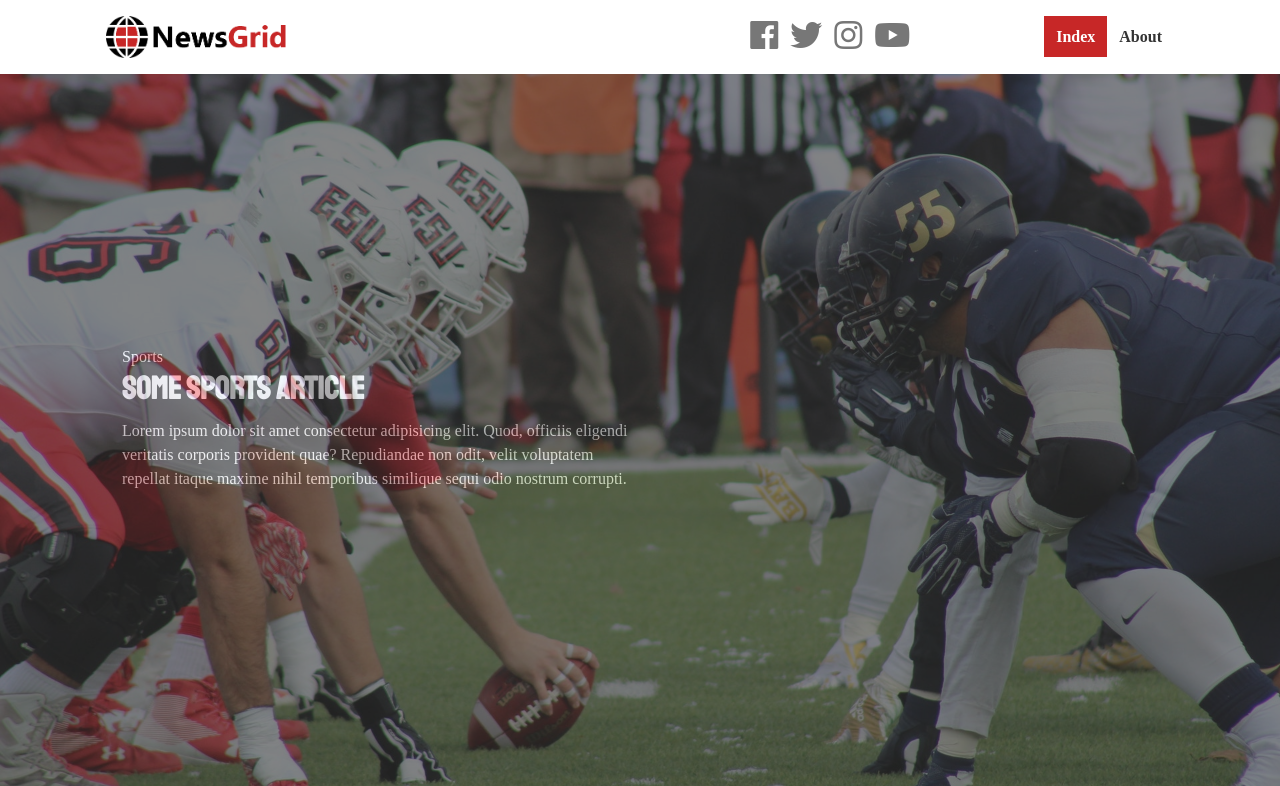
Repository: minhtien9/newsgrid
Page: index.html
These files come from the project's save history. The page is drawn as it stood at one moment and after the next save; the edit follows.
The browser window is 1280 px wide. The pictures show the whole page.
Some web libraries are served in a nearby version.

Above is the page before, as saved 2021-08-24 22:43:06.

### index.html
<!DOCTYPE html>
<html lang="en">

<head>
    <meta charset="UTF-8" />
    <meta name="viewport" content="width=device-width, initial-scale=1.0" />
    <meta http-equiv="X-UA-Compatible" content="ie=edge" />
    <link rel="stylesheet" href="https://use.fontawesome.com/releases/v5.6.3/css/all.css" integrity="sha384-UHRtZLI+pbxtHCWp1t77Bi1L4ZtiqrqD80Kn4Z8NTSRyMA2Fd33n5dQ8lWUE00s/" crossorigin="anonymous" />
    <link href="https://fonts.googleapis.com/css2?family=Lato&family=Staatliches&display=swap" rel="stylesheet" />
    <link rel="stylesheet" href="css/style.css" />
    <link rel="stylesheet" media="screen and (max-width: 768px)" href="css/mobile.css" />
    <link rel="shortcut icon" type="image/x-icon" href="favicon.ico" />
    <title>NewsGrid | Latest News</title>
</head>

<body>
    <nav id="main-nav">
        <div class="container">
            <img src="img/logo.png" alt="NewsGrid" class="logo" />
            <div class="social">
                <a href="http://facebook.com" target="_blank"><i class="fab fa-facebook fa-2x"></i
          ></a>
                <a href="http://twitter.com" target="_blank"><i class="fab fa-twitter fa-2x"></i
          ></a>
                <a href="http://instagram.com" target="_blank"><i class="fab fa-instagram fa-2x"></i
          ></a>
                <a href="http://youtube.com" target="_blank"><i class="fab fa-youtube fa-2x"></i
          ></a>
            </div>
            <ul>
                <li><a class="current" href="index.html">Index</a></li>
                <li><a href="about.html">About</a></li>
            </ul>
        </div>
    </nav>

    <!-- Showcase -->
    <header id="showcase">
        <div class="container">
            <div class="showcase-container">
                <div class="showcase-content">
                    <div class="categogy catogory-sports">Sports</div>
                    <h1>Some Sports Article</h1>
                    <p>
                        Lorem ipsum dolor sit amet consectetur adipisicing elit. Quod, officiis eligendi veritatis corporis provident quae? Repudiandae non odit, velit voluptatem repellat itaque maxime nihil temporibus similique sequi odio nostrum corrupti.
                    </p>
                    <a href="article.html" class="btn btn-primar">Read More</a>
                </div>
            </div>
        </div>
    </header>
</body>

</html>

### css/style.css
:root {
    --primary-color: #c72727;
    --secondary-color: #f99500;
    --light-color: #f3f3f3;
    --dark-color: #333;
    --max-width: 1100px;
}

.category {
    --sports-color: #f99500;
    --ent-color: #a66bbe;
    --tech-color: #009cff;
}

* {
    margin: 0;
    padding: 0;
    box-sizing: border-box;
}

body {
    font-family: 'Lato' sans-serif;
    line-height: 1.5;
    background: var(--light-color);
}

a {
    color: #333;
    text-decoration: none;
}

ul {
    list-style: none;
}

img {
    width: 100%;
}

h1,
h2,
h3,
h4,
h5,
h6 {
    font-family: 'Staatliches', cursive;
    margin-bottom: 0.55rem;
    line-height: 1.3;
}


/* Utility */

.container {
    max-width: var(--max-width);
    margin: auto;
    padding: 0 2rem;
    overflow: hidden;
}


/* Navigation */

#main-nav {
    background: #fff;
    position: sticky;
    top: 0;
    z-index: 2;
}

#main-nav .container {
    display: grid;
    grid-template-columns: 6fr 3fr 2fr;
    padding: 1rem;
    align-items: center;
}

#main-nav .logo {
    width: 180px;
}

#main-nav ul {
    justify-self: end;
    display: flex;
}

#main-nav ul li a {
    padding: 0.75rem;
    font-weight: bold;
}

#main-nav ul li a.current {
    background: var(--primary-color);
    color: #fff;
}

#main-nav ul li a:hover {
    background: var(--light-color);
    color: var(--dark-color);
}

#main-nav .social {
    justify-self: center;
}

#main-nav .social i {
    color: #777;
    margin-right: 0.5rem;
}


/* Showcase */

#showcase {
    color: #fff;
    background: #333;
    padding: 2rem;
    position: relative;
}

#showcase:before {
    content: '';
    background: url('../img/featured.jpg') no-repeat center center/cover;
    position: absolute;
    top: 0;
    left: 0;
    width: 100%;
    height: 100%;
    opacity: 0.4;
}

#showcase .showcase-container {
    display: grid;
    grid-template-columns: repeat(2, 1fr);
    justify-content: center;
    align-items: center;
    height: 90vh;
}

Loaded but not shown: css/mobile.css (no stored copy; drawn as an empty file)

After the next save:
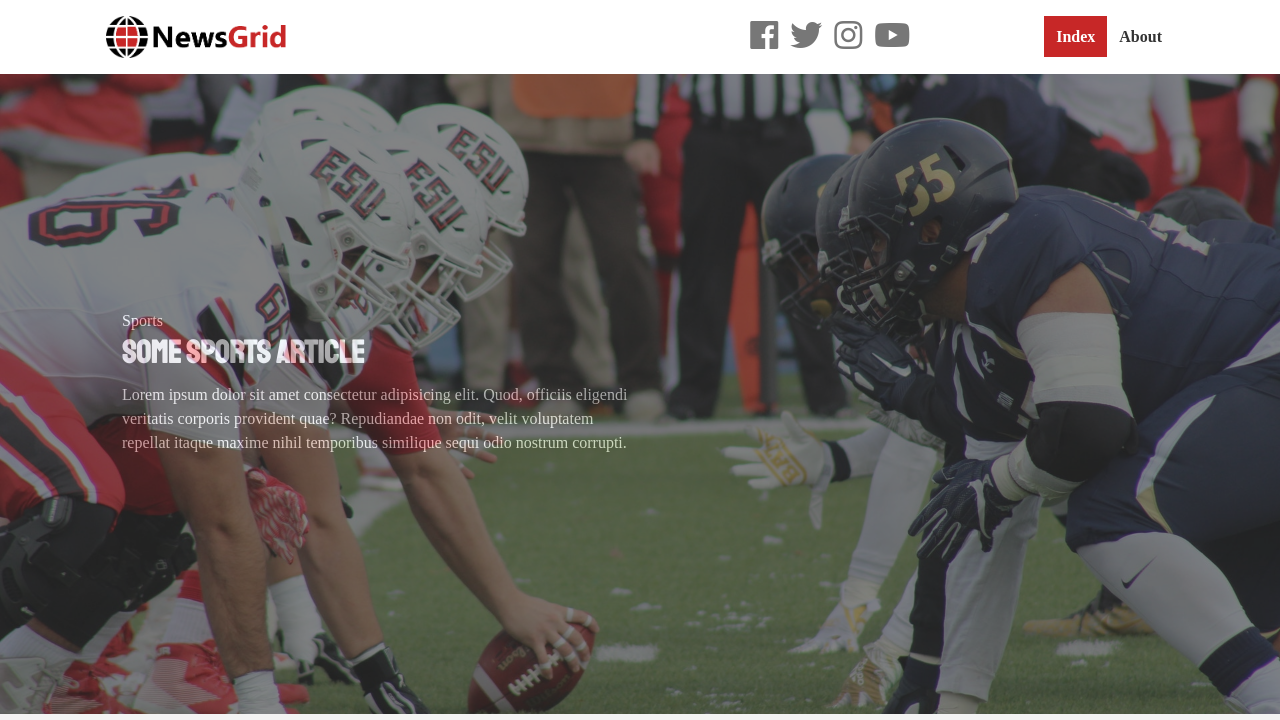
Saved 71 s later.
--- a/css/style.css
+++ b/css/style.css
@@ -134,5 +134,5 @@ h6 {
     grid-template-columns: repeat(2, 1fr);
     justify-content: center;
     align-items: center;
-    height: 90vh;
+    height: 80vh;
 }
